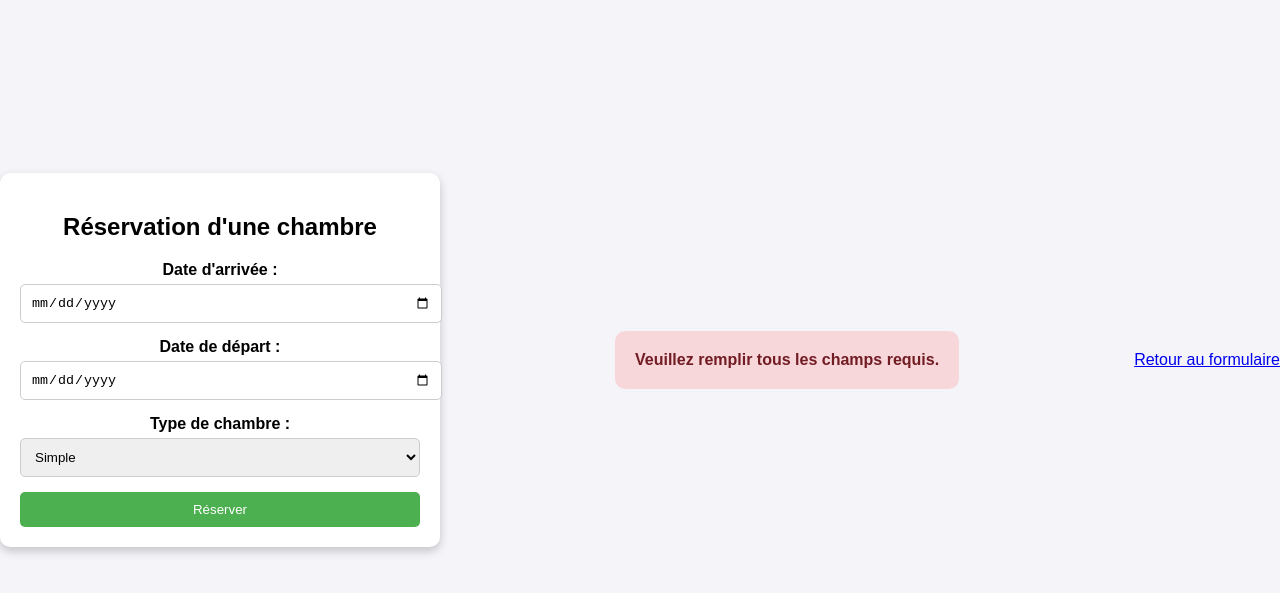
Repository: Trikisalem/examentp_jakarta
Page: http://localhost/hotel/admin/reservation.jsp
An editor plug-in stored every save of this project. The page is shown before and after the next save, followed by the edit.
The browser window is 1280 px wide. The pictures show the whole page.
The page is served by Tomcat 10.

Above is the page before, as saved 2024-12-13 22:55:36.

After the next save:
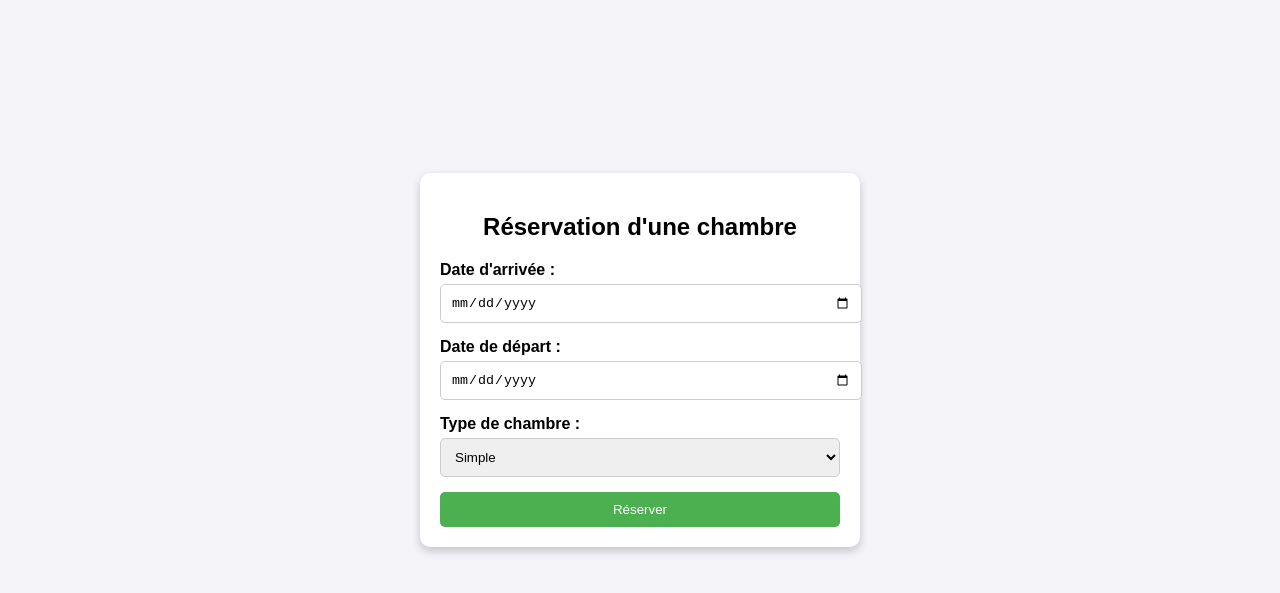
Saved 48 s later.
--- a/hotel/src/main/webapp/admin/reservation.jsp
+++ b/hotel/src/main/webapp/admin/reservation.jsp
@@ -144,40 +144,3 @@
         errorMessage = "Veuillez remplir tous les champs requis.";
     }
 %>
-
-<!DOCTYPE html>
-<html lang="fr">
-<head>
-    <meta charset="UTF-8">
-    <meta name="viewport" content="width=device-width, initial-scale=1.0">
-    <title>Confirmation</title>
-    <style>
-        body {
-            font-family: Arial, sans-serif;
-            text-align: center;
-            background-color: #f4f4f9;
-        }
-        .message {
-            margin: 20px;
-            padding: 20px;
-            border-radius: 10px;
-            max-width: 400px;
-            margin: auto;
-        }
-        .error-message {
-            background-color: #f8d7da;
-            color: #721c24;
-        }
-        .confirmation-message {
-            background-color: #d4edda;
-            color: #155724;
-        }
-    </style>
-</head>
-<body>
-    <div class="message <%= validReservation ? "confirmation-message" : "error-message" %>">
-        <%= validReservation ? successMessage : errorMessage %>
-    </div>
-    <a href="reservation.jsp">Retour au formulaire</a>
-</body>
-</html>

After the save that followed:
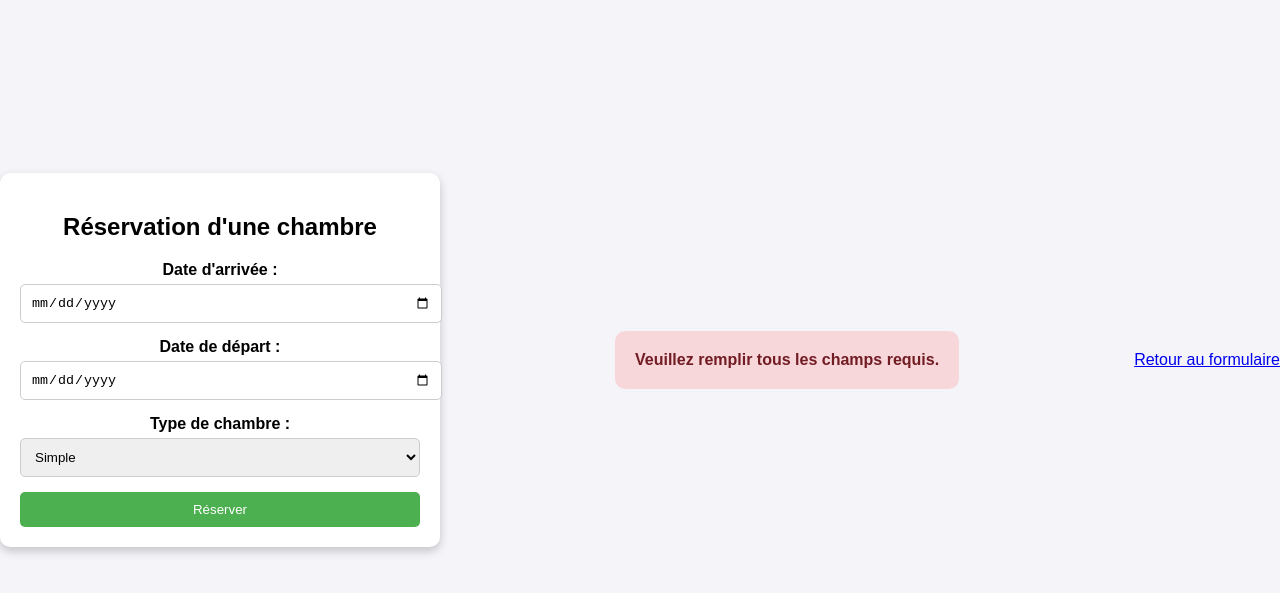
Saved 31 s later.
--- a/hotel/src/main/webapp/admin/reservation.jsp
+++ b/hotel/src/main/webapp/admin/reservation.jsp
@@ -103,7 +103,7 @@
             java.sql.Date checkOutDate = java.sql.Date.valueOf(checkOut);
 
             if (checkOutDate.after(checkInDate)) {
-                try (Connection conn = DriverManager.getConnection("jdbc:mysql://localhost:3306/hotel", "root", "triki")) {
+                try (Connection conn = DriverManager.getConnection("jdbc:mysql://localhost:3306/hotel", "root", "")) {
                     String findRoomTypeQuery = "SELECT id FROM RoomType WHERE label = ?";
                     PreparedStatement roomTypeStmt = conn.prepareStatement(findRoomTypeQuery);
                     roomTypeStmt.setString(1, roomType);
@@ -144,3 +144,40 @@
         errorMessage = "Veuillez remplir tous les champs requis.";
     }
 %>
+
+<!DOCTYPE html>
+<html lang="fr">
+<head>
+    <meta charset="UTF-8">
+    <meta name="viewport" content="width=device-width, initial-scale=1.0">
+    <title>Confirmation</title>
+    <style>
+        body {
+            font-family: Arial, sans-serif;
+            text-align: center;
+            background-color: #f4f4f9;
+        }
+        .message {
+            margin: 20px;
+            padding: 20px;
+            border-radius: 10px;
+            max-width: 400px;
+            margin: auto;
+        }
+        .error-message {
+            background-color: #f8d7da;
+            color: #721c24;
+        }
+        .confirmation-message {
+            background-color: #d4edda;
+            color: #155724;
+        }
+    </style>
+</head>
+<body>
+    <div class="message <%= validReservation ? "confirmation-message" : "error-message" %>">
+        <%= validReservation ? successMessage : errorMessage %>
+    </div>
+    <a href="reservation.jsp">Retour au formulaire</a>
+</body>
+</html>
